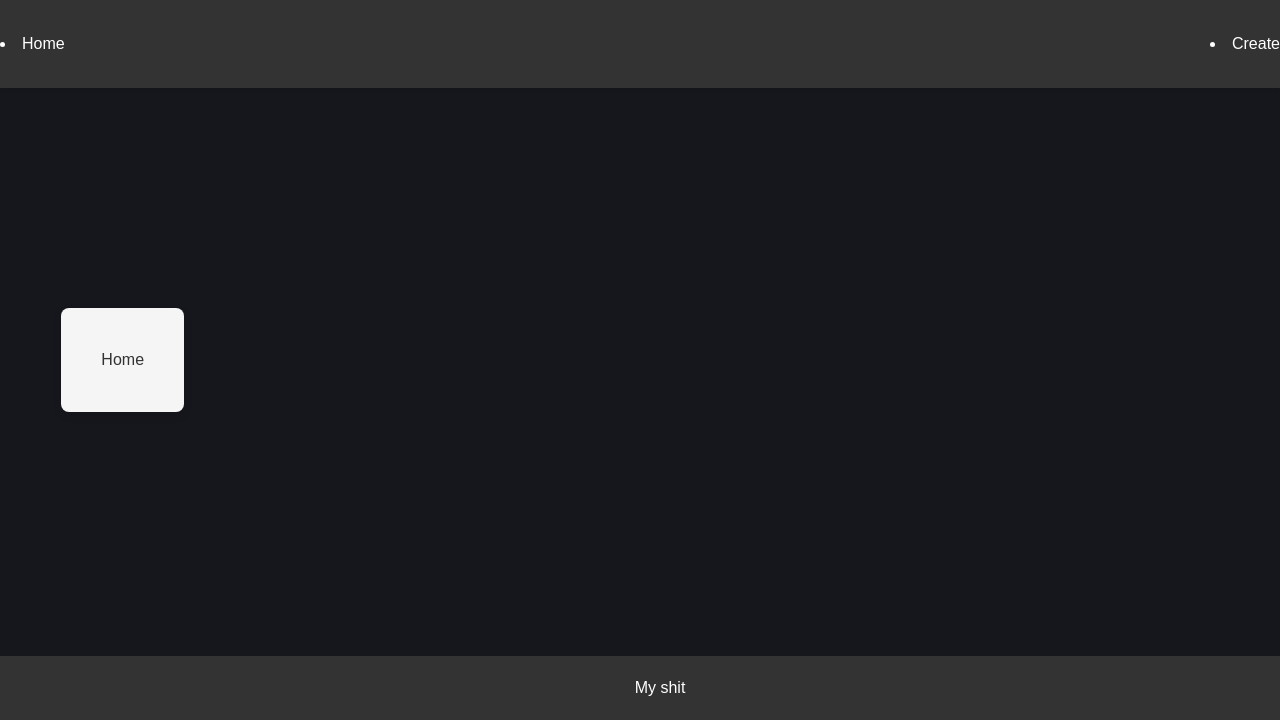
Repository: CarlosFranchN/myReact-supabase
Page: /
These files come from the project's save history. The page is drawn as it stood at one moment and after the next save; the edit follows.
The browser window is 1280 px wide. The pictures show the whole page.
The project was rebuilt for these pictures with package versions that can differ from the ones it lists, and the page was loaded fresh each time. Also part of the build but not shown: vite.config.js, src/pages/Create/index.jsx.

Above is the page before, as saved 2024-11-14 14:09:35.

After the next save:
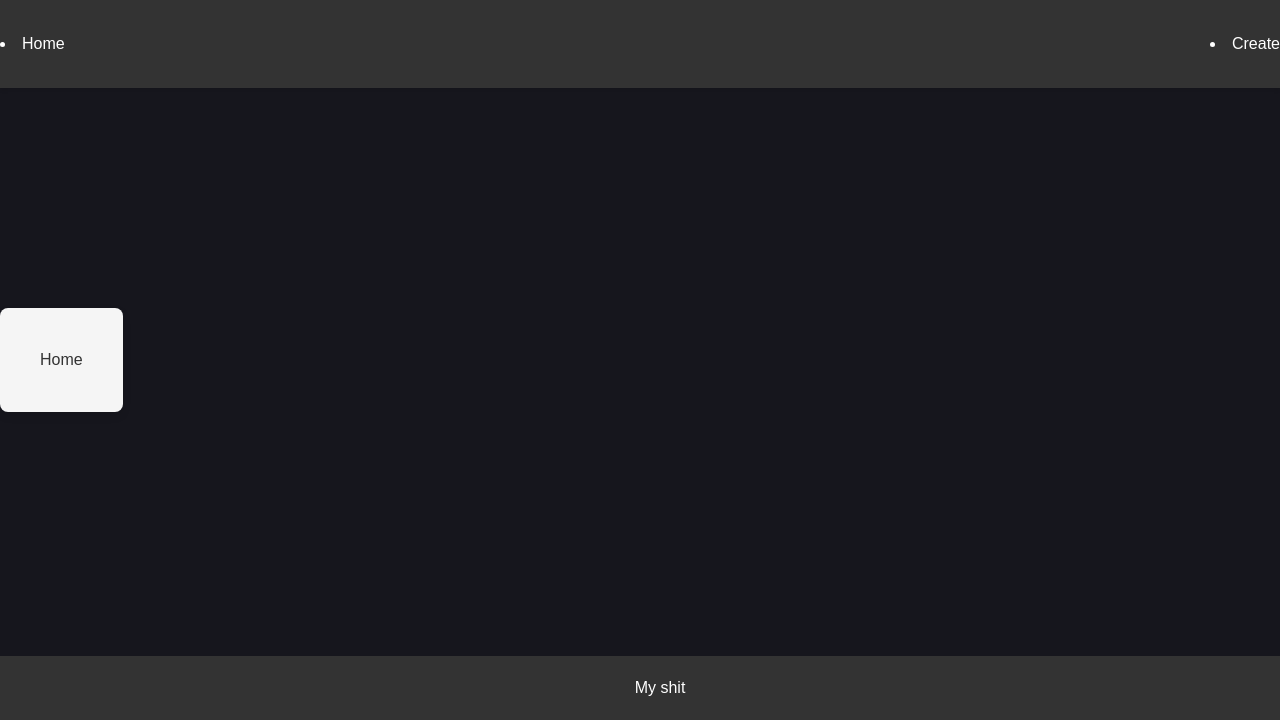
Saved 16 min 23 s later.
--- a/src/components/Layout/style.jsx
+++ b/src/components/Layout/style.jsx
@@ -34,15 +34,15 @@ export const LayoutFooterP = styled.p`
 `
 
 export const LayoutMain = styled.main`
-     background-color: #f5f5f5; /* Cor de fundo */
-  padding: 40px; /* Espaçamento interno */
-  margin: 20px auto; /* Espaçamento externo */
-  max-width: 1200px; /* Largura máxima da área de conteúdo */
-  border-radius: 8px; /* Bordas arredondadas */
-  box-shadow: 0 4px 8px rgba(0, 0, 0, 0.1); /* Sombra leve ao redor */
-  font-family: Arial, sans-serif; /* Fonte */
-  color: #333; /* Cor do texto */
-  position: relative;
-  left: 50%;
+background-color: #f5f5f5;
+padding: 40px;
+margin: 20px auto;
+max-width: 1200px;
+border-radius: 8px;
+box-shadow: 0 4px 8px rgba(0, 0, 0, 0.1);
+font-family: Arial, sans-serif;
+color: #333;
+text-align: center;
+
 
 `
